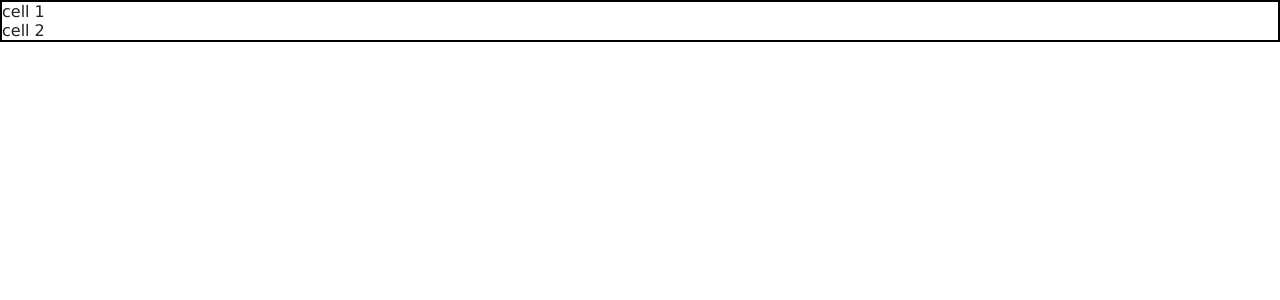
Repository: Ndifoinhilary/css_grid
Page: css-grid-learn/index.html
An editor plug-in stored every save of this project. The page is shown before and after the next save, followed by the edit.
The browser window is 1280 px wide. The pictures show the whole page.

Above is the page before, as saved 2024-01-24 11:56:31.

After the next save:
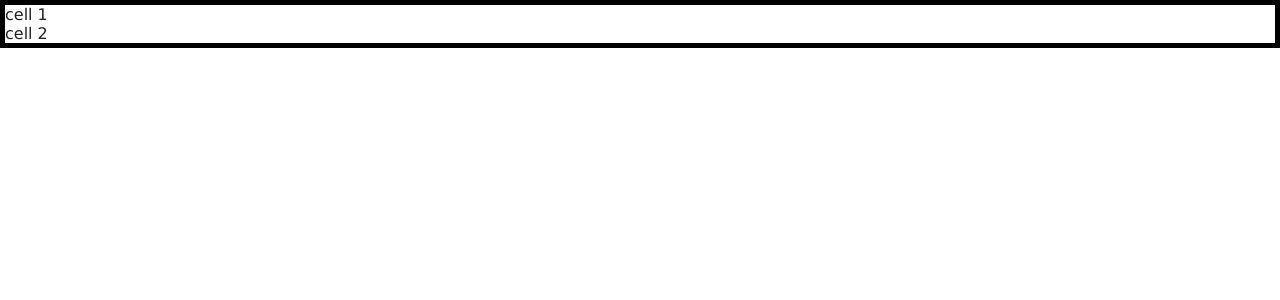
Saved 2 min 14 s later.
--- a/css-grid-learn/main.css
+++ b/css-grid-learn/main.css
@@ -10,5 +10,5 @@ body{
 }
 
 .container{
-    border: 2px solid black;
+    border: 5px solid black;
 }
